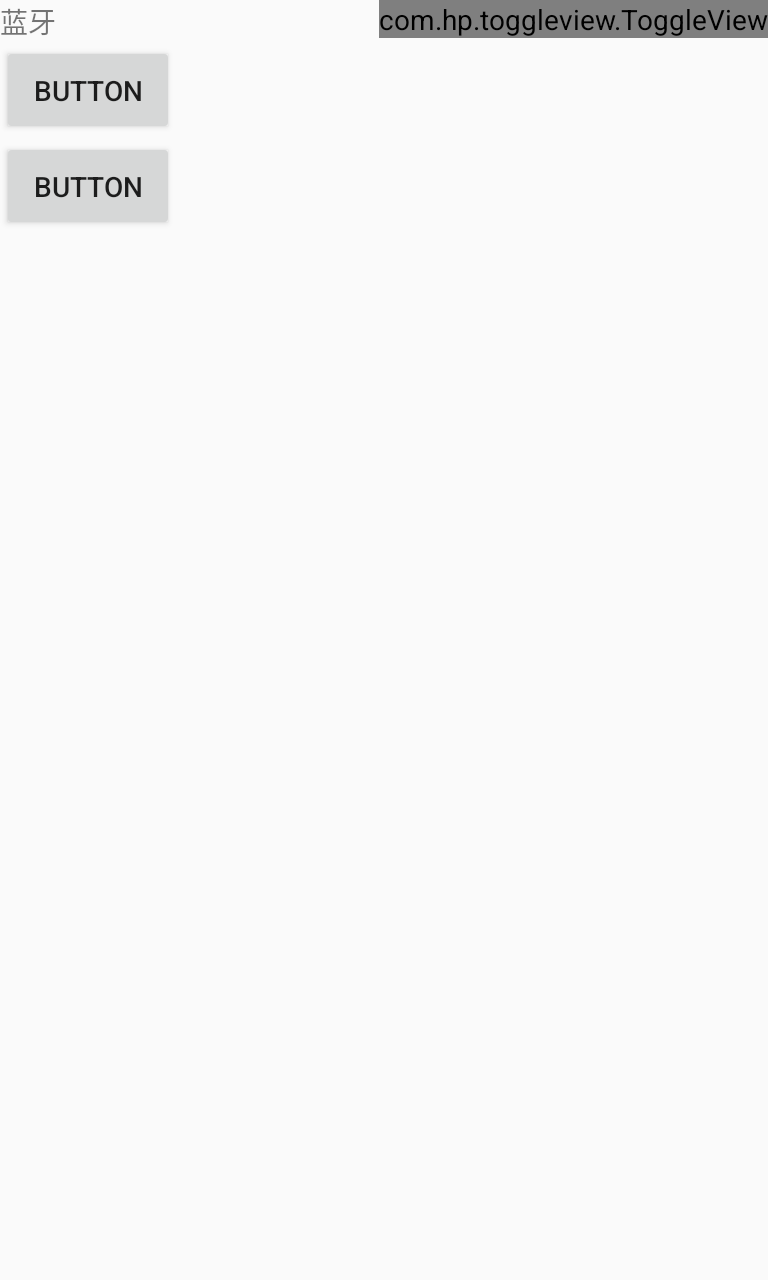
Repository: mimimy/MassagePro
Layout: BLE-Version/MassageTool/res/layout/activity_blooth.xml
The author's editor kept a copy of each file at every save. The layout is drawn from the files as they stood at one save, then again after the next save.
Pictures or frames that could not be fetched are drawn as grey boxes. It is drawn on a 768 x 1280 px phone screen (xhdpi) without system bars, with theme AppTheme; the app's code is not run. Lists and similar views that code fills are empty.

Above is the layout before, as saved 2018-07-26 15:20:09.

### BLE-Version/MassageTool/res/layout/activity_blooth.xml
<LinearLayout xmlns:android="http://schemas.android.com/apk/res/android"
    xmlns:tools="http://schemas.android.com/tools"
    xmlns:togview="http://schemas.android.com/apk/res/com.hp.toggleview"
    android:layout_width="fill_parent"
    android:layout_height="fill_parent"
    tools:context=".MainActivity"
    android:orientation="vertical">
	<LinearLayout
	    android:layout_width="match_parent"
	    android:layout_height="wrap_content"
	    android:orientation="horizontal">
	    <TextView
	        android:layout_width="wrap_content"
	        android:layout_height="wrap_content"
	        android:layout_weight="1"
	        android:text="蓝牙"/>

	    <com.hp.toggleview.ToggleView
		    android:id="@+id/toggleView"
	        android:layout_width="wrap_content"
	        android:layout_height="wrap_content"
        	togview:switch_background="@drawable/switchbg"
        	togview:slide_button="@drawable/slide_button"
        	togview:switch_state="false"
	        android:layout_centerInParent="true" >
		</com.hp.toggleview.ToggleView>
	   </LinearLayout>
	<LinearLayout
	    android:layout_width="match_parent"
	    android:layout_height="wrap_content"
	    android:orientation="vertical">

		<Button
		    android:id="@+id/button1"
		    android:layout_width="wrap_content"
		    android:layout_height="wrap_content"
		    android:text="Button" />

		<Button
		    android:id="@+id/button2"
		    android:layout_width="wrap_content"
		    android:layout_height="wrap_content"
		    android:text="Button" />

	</LinearLayout>

</LinearLayout>

### BLE-Version/MassageTool/res/values/attrs.xml
<?xml version="1.0" encoding="utf-8"?>
<resources>

    <declare-styleable name="ToggleView">
        <attr name="switch_background" format="reference" />
        <attr name="slide_button" format="reference" />
        <attr name="switch_state" format="boolean" />
    </declare-styleable>

</resources>

Loaded but not shown: BLE-Version/MassageTool/res/values/styles.xml (common file); BLE-Version/MassageTool/res/values-v11/styles.xml (common file); BLE-Version/MassageTool/res/values-v14/styles.xml (common file)

After the next save:
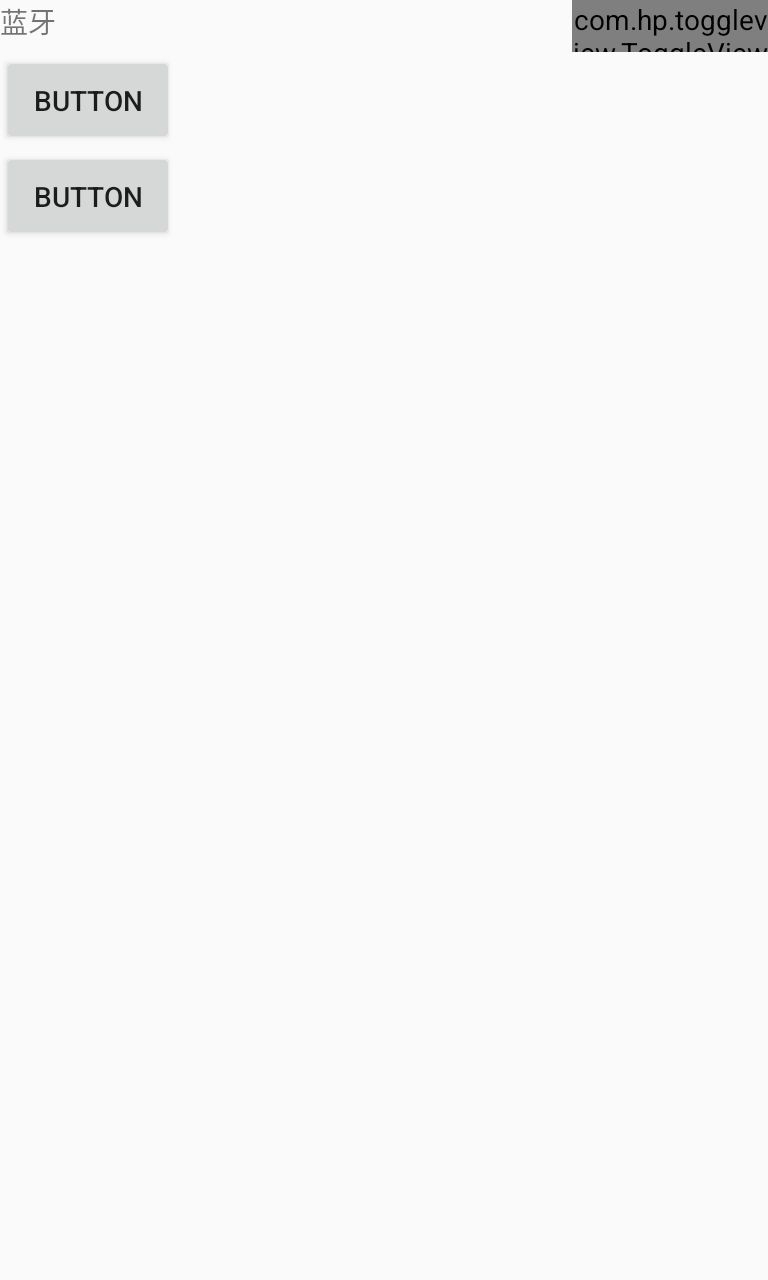
Saved 50 s later.
--- a/BLE-Version/MassageTool/res/layout/activity_blooth.xml
+++ b/BLE-Version/MassageTool/res/layout/activity_blooth.xml
@@ -16,13 +16,14 @@
 	        android:text="蓝牙"/>
 
 	    <com.hp.toggleview.ToggleView
-		    android:id="@+id/toggleView"
-	        android:layout_width="wrap_content"
-	        android:layout_height="wrap_content"
-        	togview:switch_background="@drawable/switchbg"
-        	togview:slide_button="@drawable/slide_button"
-        	togview:switch_state="false"
-	        android:layout_centerInParent="true" >
+	        android:id="@+id/toggleView"
+	        android:layout_width="98dp"
+	        android:layout_height="26dp"
+	        android:layout_centerInParent="true"
+	        togview:slide_button="@drawable/slide_button"
+	        togview:switch_background="@drawable/switchbg"
+	        togview:switch_state="false" >
+
 		</com.hp.toggleview.ToggleView>
 	   </LinearLayout>
 	<LinearLayout
@@ -41,6 +42,7 @@
 		    android:layout_width="wrap_content"
 		    android:layout_height="wrap_content"
 		    android:text="Button" />
+		<ListView ></ListView>
 
 	</LinearLayout>
 
